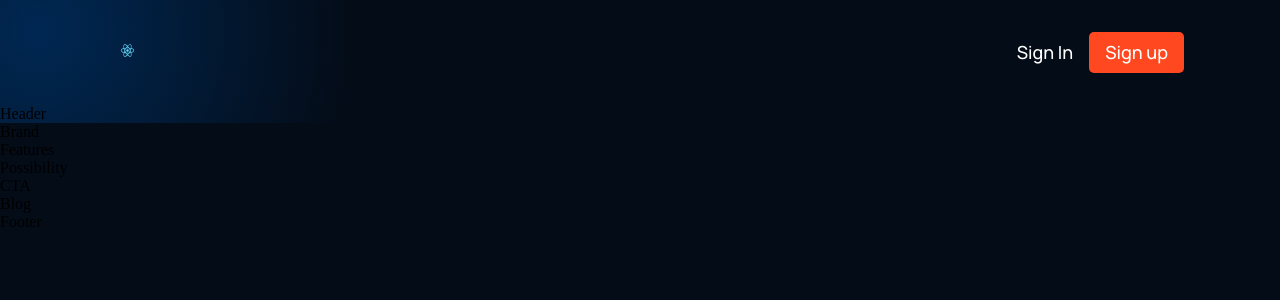
Repository: GeorgiosDev/OpenAI-Clone
Page: /
The author's editor kept a copy of each file at every save. The page is drawn from the files as they stood at one save, then again after the next save.
The browser window is 1280 px wide. The pictures show the whole page.
The project was rebuilt for these pictures with package versions that can differ from the ones it lists, and the page was loaded fresh each time. Also part of the build but not shown: src/components/article/article.css, src/components/article/Article.jsx, src/components/cta/cta.css, src/components/feature/Feature.jsx, src/containers/blog/blog.css, src/containers/features/features.css, src/containers/footer/footer.css, src/containers/header/header.css and 2 more.

Above is the page before, as saved 2025-01-31 15:04:48.

### src/App.js
import "./App.css";
import {  Brand, Navbar, CTA } from "./components/index";
import {
  Blog,
  Features,
  Footer,
  Header,
  Possibility,
  WhatGPT,
} from "./containers/index";

function App() {
  return (
    <div className="App ">
      <div className="gradient__bg">
        <Navbar />
        <Header />
      </div>
      <Brand />
      <WhatGPT />
      <Features />
      <Possibility />
      <CTA />
      <Blog />
      <Footer />
    </div>
  );
}

export default App;

### src/components/index.js
export { default as Article } from "./article/Article";
export { default as Brand } from "./brand/Brand";
export { default as CTA } from "./cta/CTA";

export { default as Navbar } from "./navbar/Navbar";
export { default as Feauture } from "./feature/Feature";

### src/containers/index.js
export { default as Blog } from './blog/Blog';
export { default as Features  } from './features/Features';
export { default as Footer } from './footer/Footer';
export { default as Header } from './header/Header';
export { default as Possibility } from './possibility/Possibility';
export { default as WhatGPT } from './whatGPT/whatGPT';

### src/components/brand/Brand.jsx
import React from 'react'

const Brand = () => {
  return (
    <div>
      Brand
    </div>
  )
}

export default Brand

### src/components/cta/CTA.jsx
import React from 'react'
import "./cta.css"
const CTA = () => {
  return (
    <div>
      CTA
    </div>
  )
}

export default CTA

### src/components/navbar/Navbar.jsx
import React, { useState } from "react";
import { RiMenu3Line, RiCloseLine } from "react-icons/ri";
import logo from "../../logo.svg";
import "./navbar.css";

const Navbar = () => {
  const [toggleMenu, setToggleMenu] = useState(false);
  const Menu = () => {
    return (
      <>
        <p>
          <a href="#home">Home</a>
        </p>
        <p>
          <a href="#wgpt3">What is GPT3?</a>
        </p>
        <p>
          <a href="#possibility">Open AI</a>
        </p>
        <p>
          <a href="#features">Case Studies</a>
        </p>
        <p>
          <a href="#blog">Library</a>
        </p>
      </>
    );
  };

  return (
    <div className="gpt3__navbar">
      <div className="gpt3__navbar-links">
        <div className="gpt3__navbar-links_logo">
          <img src={logo} alt="logo" />
        </div>
        <div className="gpt3__navbar-links_container"></div>
      </div>
      <div className="gpt3__navbar-sign">
        <p>Sign in</p>
        <button type="button">Sign up</button>
      </div>
      <div className="gpt3__navbar-menu">
        {toggleMenu ? (
          <RiCloseLine
            color="#fff"
            size={27}
            onClick={() => setToggleMenu(false)}
          />
        ) : (
          <RiMenu3Line
            color="#fff"
            size={27}
            onClick={() => setToggleMenu(true)}
          />
        )}
        {toggleMenu && (
          <div className="gpt3__navbar-menu_container scale-up-center">
            <div className="gpt3__navbar-menu_container-links">
             <Menu/>
            </div>
            <div className="gpt3__navbar-menu_container-links-sign">
              <p>Sign in</p>
              <button type="button">Sign up</button>
            </div>
          </div>
        )}
      </div>
    </div>
  );
};

export default Navbar;

### src/containers/blog/Blog.jsx
import React from "react";
import "./blog.css";
const Blog = () => {
  return <div>Blog</div>;
};

export default Blog;

### src/containers/features/Features.jsx
import React from 'react'
import "./features.css"
const Features = () => {
  return (
    <div>
      Features
    </div>
  )
}

export default Features

### src/containers/footer/Footer.jsx
import React from 'react'
import "./footer.css"
const Footer = () => {
  return (
    <div>
      Footer
    </div>
  )
}
export default Footer

### src/containers/header/Header.jsx
import React from 'react'
import "./header.css"
const Header = () => {
  return (
    <div>
      Header
    </div>
  )
}
export default Header

### src/containers/possibility/Possibility.jsx
import React from 'react'
import "./possibility.css"
const Possibility = () => {
  return (
    <div>
      Possibility
    </div>
  )
}

export default Possibility

### src/containers/whatGPT/whatGPT.jsx
import React from 'react'
import "./whatGPT.css"
const whatGPT = () => {
  return (
    <div>

    </div>
  )
}

export default whatGPT

### src/components/navbar/navbar.css
.gpt3__navbar {
    display: flex;
    justify-content: space-between;
    align-items: center;

    padding: 2rem 6rem;
}

.gpt3__navbar-links {
    flex: 1;
    display: flex;
    justify-content: flex-start;
    align-items: center;
}

.gpt3__navbar-links_logo {
    margin-right: 2rem;
}

.gpt3__navbar-links_logo img {
    width: 62.56px;
    height: 16.02px;
}

.gpt3__navbar-links_container {
    display: flex;
    flex-direction: row;
}

.gpt3__navbar-sign {
    display: flex;
    justify-content: flex-end;
    align-items: center;
}

.gpt3__navbar-links_container p,
.gpt3__navbar-sign p,
.gpt3__navbar-menu_container p {
    color: #fff;
    font-family: var(--font-family);
    font-weight: 500;
    font-size: 18px;
    line-height: 25px;
    text-transform: capitalize;

    margin: 0 1rem;
    cursor: pointer;
}

.gpt3__navbar-sign button,
.gpt3__navbar-menu_container button {
    padding: 0.5rem 1rem;
    color: #fff;
    background: #FF4820;
    font-family: var(--font-family);
    font-weight: 500;
    font-size: 18px;
    line-height: 25px;
    border: none;
    outline: none;
    cursor: pointer;
    border-radius: 5px;
}

.gpt3__navbar-menu {
    margin-left: 1rem;

    display: none;
    position: relative;
}

.gpt3__navbar-menu svg {
    cursor: pointer;
}

.gpt3__navbar-menu_container {
    display: flex;
    justify-content: flex-end;
    align-items: flex-end;
    flex-direction: column;

    text-align: end;
    background: var(--color-footer);
    padding: 2rem;
    position: absolute;
    right: 0;
    top: 40px;
    margin-top: 1rem;
    min-width: 210px;
    border-radius: 5px;
    box-shadow: 0px 0px 5px rgba(0,0, 0,0.2);
}

.gpt3__navbar-menu_container p {
    margin: 1rem 0;
}

.gpt3__navbar-menu_container-links-sign {
    display: none;
}

@media screen and (max-width: 1050px) {
    .gpt3__navbar-links_container {
        display: none;
    }

    .gpt3__navbar-menu {
        display: flex;
    }
}

@media screen and (max-width: 700px) {
    .gpt3__navbar {
        padding: 2rem 4rem;
    }
}

@media screen and (max-width: 550px) {
    .gpt3__navbar {
        padding: 2rem;
    }

    .gpt3__navbar-sign {
        display: none;
    }

    .gpt3__navbar-menu_container {
        top: 20px;
    }

    .gpt3__navbar-menu_container-links-sign {
        display: block;
    }
}

Loaded but not shown: src/index.js (common file); src/index.css (common file); src/App.css (common file)

After the next save:
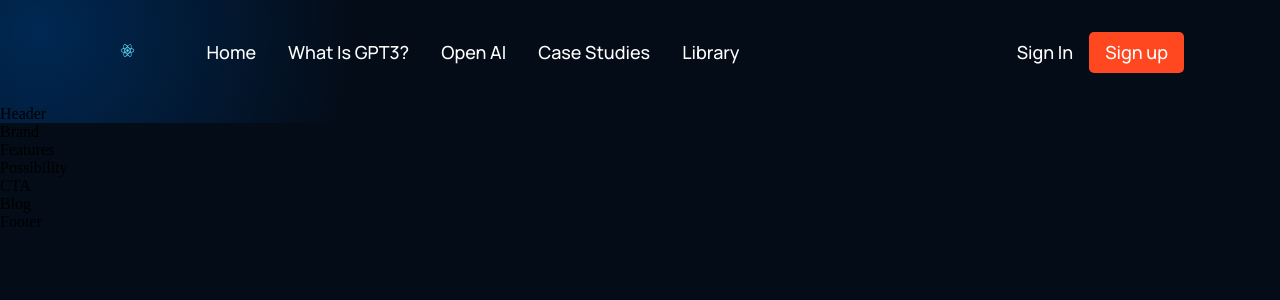
Saved 50 s later.
--- a/src/components/navbar/Navbar.jsx
+++ b/src/components/navbar/Navbar.jsx
@@ -33,7 +33,9 @@
         <div className="gpt3__navbar-links_logo">
           <img src={logo} alt="logo" />
         </div>
-        <div className="gpt3__navbar-links_container"></div>
+        <div className="gpt3__navbar-links_container">
+          <Menu />
+        </div>
       </div>
       <div className="gpt3__navbar-sign">
         <p>Sign in</p>
@@ -56,7 +58,7 @@
         {toggleMenu && (
           <div className="gpt3__navbar-menu_container scale-up-center">
             <div className="gpt3__navbar-menu_container-links">
-             <Menu/>
+              <Menu />
             </div>
             <div className="gpt3__navbar-menu_container-links-sign">
               <p>Sign in</p>
